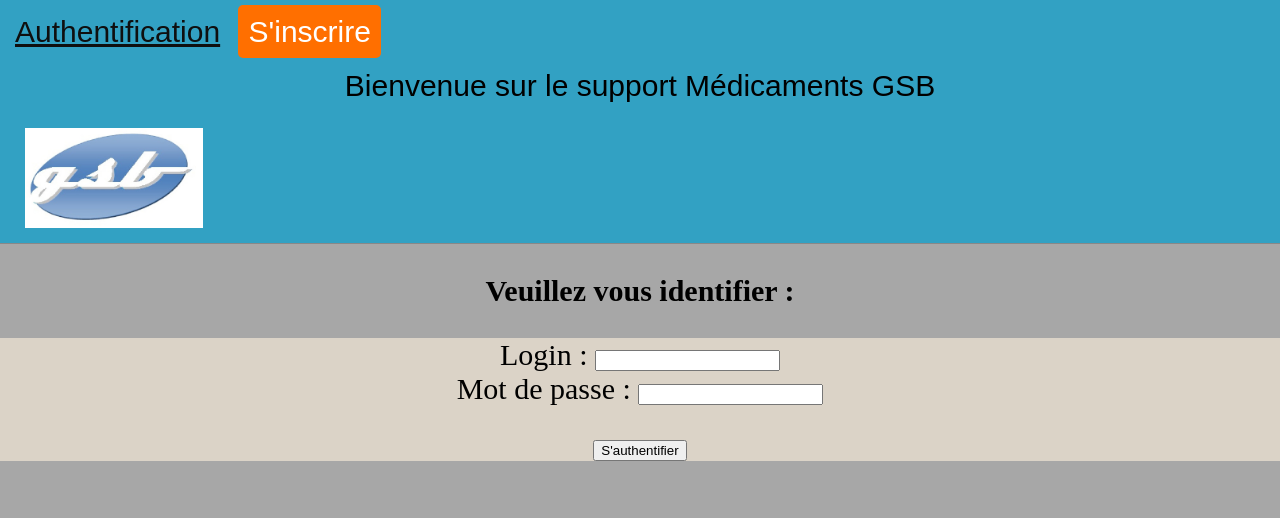
Repository: DavJnte/GSB_PHP
Page: http://localhost/?target=inscription
These files come from the project's save history. The page is drawn as it stood at one moment and after the next save; the edit follows.
The browser window is 1280 px wide. The pictures show the whole page.
The page is run by PHP 8.4 with error messages shown; the project is at /var/www/html/.

Above is the page before, as saved 2021-05-17 20:09:53.

### pdo/index.php
<?php
    require("Controleur/GeneralControleur.php");
?>
<link rel="shortcut icon" href="#">

### pdo/Controleur/GeneralControleur.php
<?php
	session_start();
	if(!isset($_SESSION["autoriser"]) || !(isset($_SESSION["autoriser"]) && $_SESSION["autoriser"] != "oui") || ( !(isset($_REQUEST["target"]) && $_REQUEST["target"] == "inscription"))){
		require("Models/login.php");
	}else{
		if(isset($_REQUEST["target"])){
			switch($_REQUEST["target"]){
				case "approv":
					require("Models/approv.php");
					break;
				case "changement":
					require("Models/changement.php");
					break;
				case "contacter":
					require("Models/contacter.php");
					break;
				case "contexte":
					require("Models/contexte.php");
					break;
				case "fconnexion":
					require("Models/form_connexion.php");
					break;
				case "fisncription":
					require("Models/form_inscription.php");
					break;
				case"deconnexion":
					require("Models/deconnexion.php");
					break;
				case "fmodification":
					require("Models/form_modification.php");
					break;
				case "info":
					require("Models/info.php");
					break;
				case "inscription":
					require("Models/inscription.php");
					break;
				case "menu":
					require("Models/menu.php");
					break;
				case "bienvenue":
					require("Models/bienvenue.php");
					break;
				case "login":
					require("Models/login.php");
					break;
				case "modifier":
					require("Models/modifier.php");
					break;
				case "newfam":
					require("Models/newfam.php");
					break;
				case "probleme":
					require("Models/probleme.php");
					break;
				case "recherche":
					require("Models/recherche.php");
					break;
				case "session":
					require("Models/session.php");
					break;
				case "supp":
					require("Models/supp.php");
					break;
				case "supprimer":
					require("Models/supprimer.php");
					break;
				case "valid_mod":
					require("Models/valid_mod.php");
					break;
			}

		}else{
			require("Models/login.php");
		}
	}



?>

### pdo/Models/login.php
<?php
include(__DIR__ .'/../Vues/co_utilisateur.php');
if(!isset($_SESSION["autoriser"]) || !(isset($_SESSION["autoriser"]) && $_SESSION["autoriser"] != "oui")||( !(isset($_REQUEST["target"]) && $_REQUEST["target"] == "inscription"))){
    include(__DIR__ .'/../Models/form_connexion.php');
    #Message d'erreur si utilisateur rempli mal le formulaire
    include(__DIR__ .'/../Models/message_login.php');
}


?>

### pdo/Vues/co_utilisateur.php
<?php
	@$login=$_POST["login"];
	@$pass=$_POST["pass"];
	@$valider=$_POST["valider"];
	$message="";
	if(isset($valider)){
		include(__DIR__ ."/../Models/connexion.php");
		$res=$bdd->prepare("select * from users where login=? and pass=? limit 1");
		$res->setFetchMode(PDO::FETCH_ASSOC);
		$res->execute(array($login,md5($pass)));
		$tab=$res->fetchAll();
		if(count($tab)==0)
			$message="<li>Mauvais Pseudo ou mot de passe!</li>";
		else{
			$_SESSION["autoriser"]="oui";
			$_SESSION["nomPrenom"]=strtoupper($tab[0]["nom"]." ".$tab[0]["prenom"]);
			include(__DIR__ .'/../Models/session.php');
		}
	}
?>

### pdo/Models/form_connexion.php
<html>
	<head>
		<link rel="stylesheet" type="text/css" href="../pdo/css/style.css" />
	</head>
	<body>
    <!--Menu pour naviguer-->
		<header>
			<u>Authentification</u>
			<a href="?target=inscription">S'inscrire</a>
			<h1>Bienvenue sur le support Médicaments GSB</h1>
			<img src="../pdo/img/gsb (1).jpg" height="100px"/>  <!--Image GSB-->
		</header>

		<!--Formulaire d'authentification-->
		<h3>Veuillez vous identifier :</h3>
		<form name="fo" method="post" action="">
			<label>Login :</label>
			<input type="text" name="login" value="" />
			<br>
			<label>Mot de passe :</label>
			<input type="password" name="pass" />
			<br>
			<br>
			<input type="submit" name="valider" value="S'authentifier" />
		</form>

        </body>
</html>

### pdo/Models/message_login.php
<?php if(!empty($message)){ ?>
		<div id="message"><?php echo $message ?></div>
<?php } ?>

### pdo/css/style.css
body{
    height: auto;
    width: auto;
    background-color: rgb(167, 167, 167);
    margin:0;
	padding:0;
    text-align: center;
}


header{
	text-align:left;
	padding:15px;
	background-color:rgba(33, 160, 199, 0.87);
	color:rgb(15, 15, 15);
	font: 30px arial;
	border-bottom:solid 1px #888;
}

img{
    margin-top:5px;
    margin-left: 10px;
}

h2,h1{
    text-align: center;
    font: 30px arial;
    color: black;
}

h3{
    color: black;
    text-align: center;
	font-size: 30px;
}
form{
    text-align: center;
    font-size: 30px;
	background-color: rgb(219, 211, 199);
}

a{
	padding:10px; /*Taille carré orange*/
	background-color:rgb(255, 111, 0);
	text-decoration:none;
	color:#FFF;
	vertical-align: auto;
	margin-left:10px;
	border-radius:5px;/*Bord arrondi*/
}

#message{
background-color: rgb(180, 22, 22);
color: black;
}

After the next save:
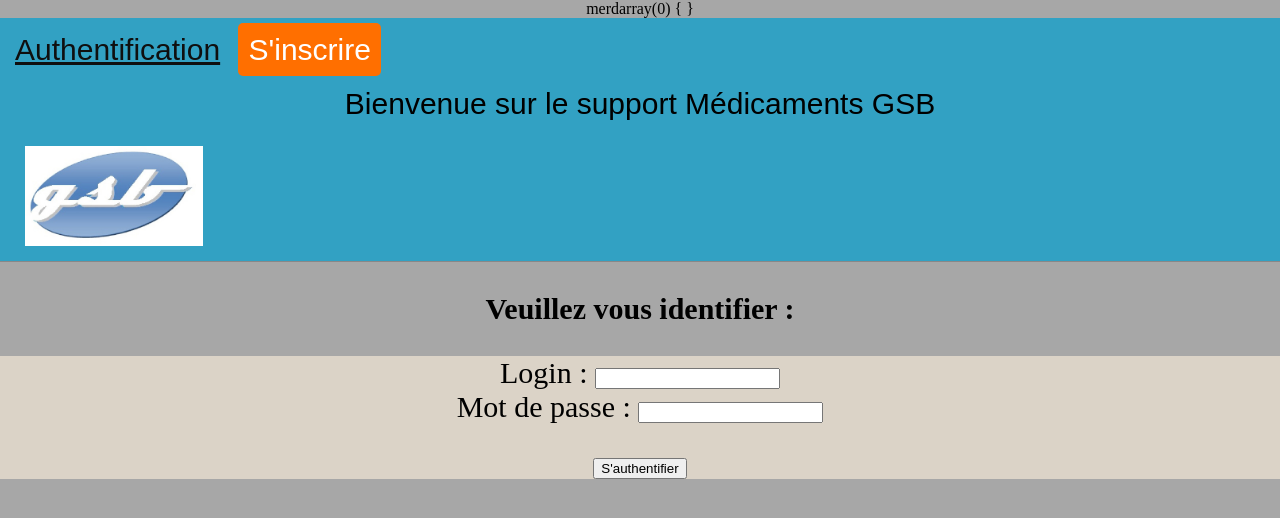
Saved 9 s later.
--- a/pdo/Models/login.php
+++ b/pdo/Models/login.php
@@ -1,7 +1,10 @@
 <?php
+	echo("merd");
+
 include(__DIR__ .'/../Vues/co_utilisateur.php');
-if(!isset($_SESSION["autoriser"]) || !(isset($_SESSION["autoriser"]) && $_SESSION["autoriser"] != "oui")||( !(isset($_REQUEST["target"]) && $_REQUEST["target"] == "inscription"))){
-    include(__DIR__ .'/../Models/form_connexion.php');
+var_dump($_SESSION);
+	if(!isset($_SESSION["autoriser"]) || !(isset($_SESSION["autoriser"]) && $_SESSION["autoriser"] != "oui")||( !(isset($_REQUEST["target"]) && $_REQUEST["target"] == "inscription"))){
+	  include(__DIR__ .'/../Models/form_connexion.php');
     #Message d'erreur si utilisateur rempli mal le formulaire
     include(__DIR__ .'/../Models/message_login.php');
 }
